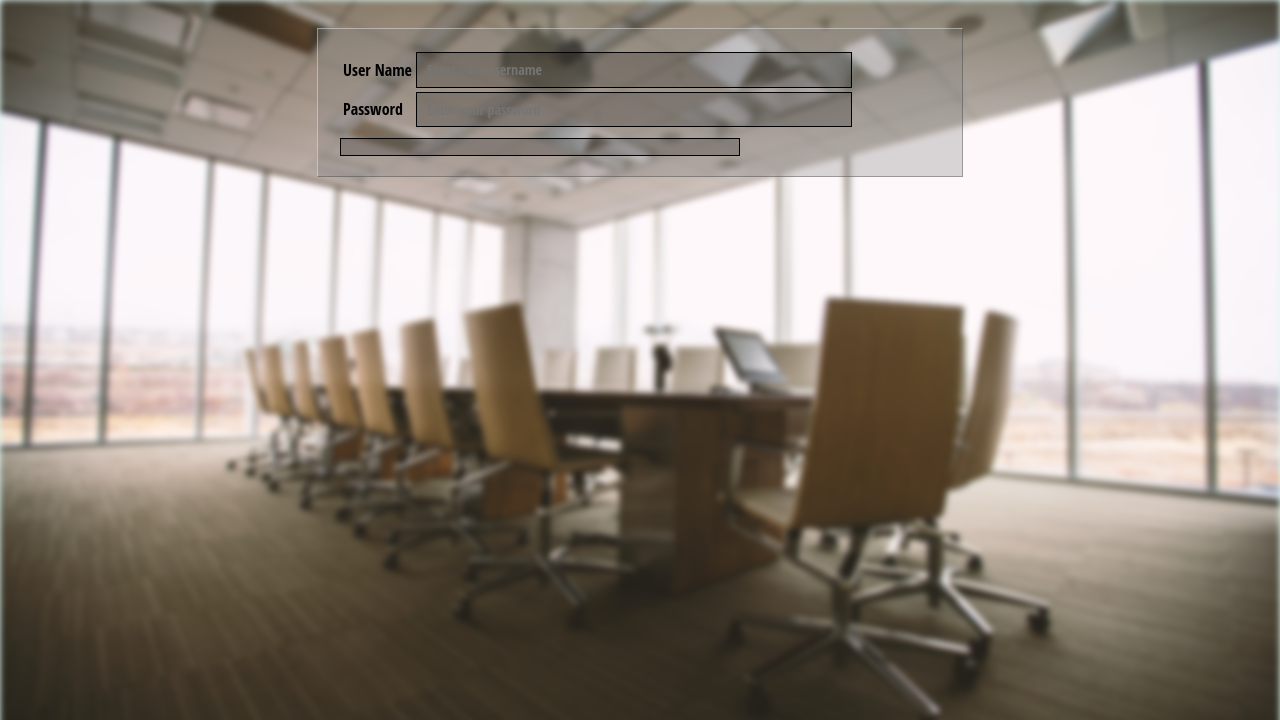
Repository: IT20643218/Employee-Management-System-OOP-Project-20-Y2S2
Page: http://localhost/EmployeeDemo/login.jsp
An editor plug-in stored every save of this project. The page is shown before and after the next save, followed by the edit.
The browser window is 1280 px wide. The pictures show the whole page.
Some web fonts or font styles are not loaded; a fallback is used. The page is served by Tomcat 9. Nobody is signed in. The application's start-up code is not run. Other server files are loaded and not shown.

Above is the page before, as saved 2021-09-30 12:59:55.

### Java_Project/EmployeeDemo/src/main/webapp/login.jsp
<%@ page language="java" contentType="text/html; charset=ISO-8859-1"
    pageEncoding="ISO-8859-1"%>
<!DOCTYPE html>
<html>
<head>
<meta charset="ISO-8859-1">
<title>Insert title here</title>
</head>
<link rel="stylesheet" href="style1.css">
<style>
@import url(https://fonts.googleapis.com/css?family=Open+Sans+Condensed:700);

body {
  background-color: #daf7f3;
  font-family: "Open Sans Condensed", sans-serif;

}

#bg {
  position: fixed;
  left: 0;
  top: 0;
  width: 100%;
  height: 100%;
  background: url(images/login.jpg) no-repeat center center fixed;
  background-size: cover;
  -webkit-filter: blur(3px);
}

form {
  position: relative;
  width: 600px;
  margin: 0 auto;
  background: rgba(130,130,130,.3);
  padding: 20px 22px;
  border: 1px solid;
  border-top-color: rgba(255,255,255,.4);
  border-left-color: rgba(255,255,255,.4);
  border-bottom-color: rgba(60,60,60,.4);
  border-right-color: rgba(60,60,60,.4);
}

form input, form button {
	width: 400px;
	border: 1px solid;
	background-color: rgba(0,0,0,.2);
  	background-repeat: no-repeat;
  	padding: 8px 24px 8px 10px;
  	font: bold .875em/1.25em "Open Sans Condensed", sans-serif;
}


</style>
<body>
<div id="bg"></div>

<div>
	<form action="log" method="post">
	<table>
	<tr>
		<td>User Name</td>
		<td><input type="text" name="uid" placeholder="Enter your username" ></td>
	</tr>

	<tr>
		<td>Password</td>
		<td><input type="password" name="pass" placeholder="Enter your password" ></td>
	</tr>
	</table>


	<button type="submit" name="submit" value="Submit"></button>


	</form>
</div>
</body>
</html>

### Java_Project/EmployeeDemo/src/main/webapp/exstyle/style1.css
@charset "ISO-8859-1";
div {
  border-radius: 5px;
  background-color: #f2f2f2;
  padding: 20px;
}

After the next save:
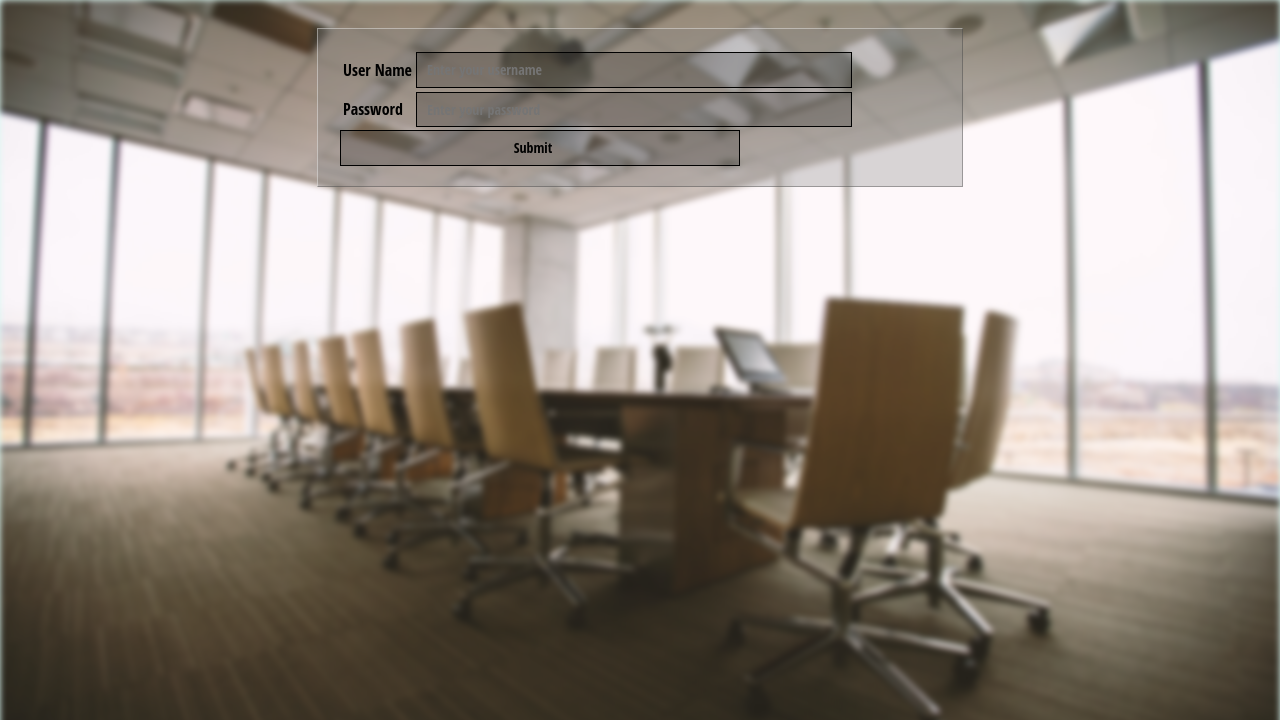
Saved 38 s later.
--- a/Java_Project/EmployeeDemo/src/main/webapp/login.jsp
+++ b/Java_Project/EmployeeDemo/src/main/webapp/login.jsp
@@ -40,7 +40,7 @@ form {
   border-right-color: rgba(60,60,60,.4);
 }
 
-form input, form button {
+form input {
 	width: 400px;
 	border: 1px solid;
 	background-color: rgba(0,0,0,.2);
@@ -69,7 +69,7 @@ form input, form button {
 	</table>
 
 
-	<button type="submit" name="submit" value="Submit"></button>
+	<input type="submit" name="submit" value="Submit">
 
 
 	</form>
